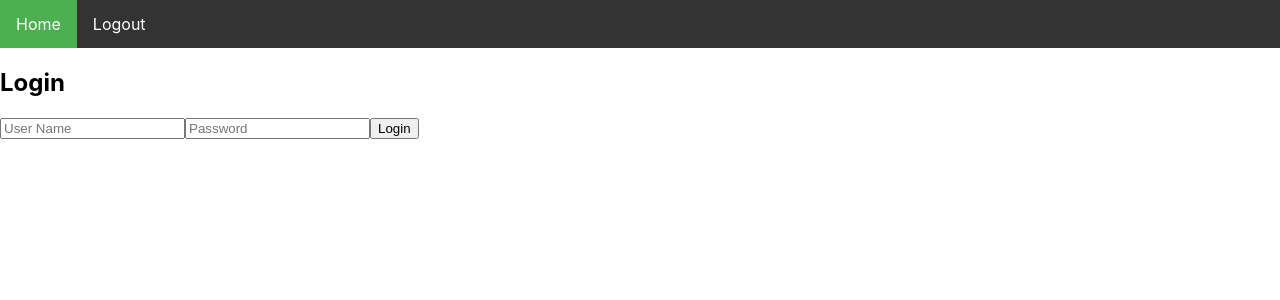
Repository: Vincent-CT/exambase-SPA
Page: /
The author's editor kept a copy of each file at every save. The page is drawn from the files as they stood at one save, then again after the next save.
The browser window is 1280 px wide. The pictures show the whole page.
The project was rebuilt for these pictures with package versions that can differ from the ones it lists, and the page was loaded fresh each time. Also part of the build but not shown: src/App.css.

Above is the page before, as saved 2019-11-14 12:00:23.

After the next save:
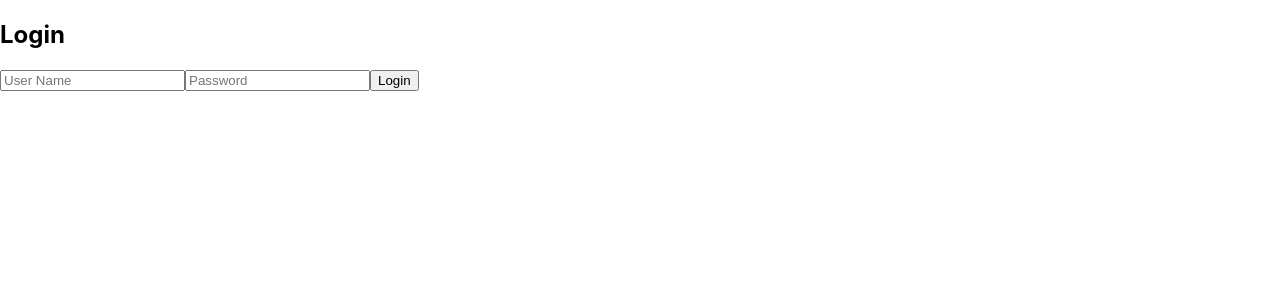
Saved 6 min 3 s later.
--- a/src/App.js
+++ b/src/App.js
@@ -38,9 +38,19 @@ function LogIn({ login }) {
     </div>
   );
 }
+function LoggedIn({ logout }) {
+  return (
+    <div>
+      <Router>
+        <Header />
+        <Content logout={logout} />
+      </Router>
+    </div>
+  );
+}
 
-const Header = ({ loggedIn }) => {
-  if (loggedIn === true) {
+const Header = () => {
+  if (facade.getRole === "admin") {
     return (
       <ul className="header">
         <li>
@@ -49,7 +59,7 @@ const Header = ({ loggedIn }) => {
           </NavLink>
         </li>
         <li>
-          <NavLink activeClassName="active" to="/people">
+          <NavLink activeClassName="active" to="/peope">
             People
           </NavLink>
         </li>
@@ -74,6 +84,16 @@ const Header = ({ loggedIn }) => {
         </NavLink>
       </li>
       <li>
+        <NavLink activeClassName="active" to="/people">
+          People
+        </NavLink>
+      </li>
+      <li>
+        <NavLink activeClassName="active" to="/company">
+          Company
+        </NavLink>
+      </li>
+      <li>
         <NavLink activeClassName="active" to="/logout">
           Logout
         </NavLink>
@@ -82,11 +102,11 @@ const Header = ({ loggedIn }) => {
   );
 };
 
-const Content = ({ logout, login, loggedIn }) => {
+const Content = ({ logout }) => {
   return (
     <Switch>
       <Route exact path="/">
-        <LogIn login={login} loggedIn={loggedIn} />
+        <Home />
       </Route>
       <Route path="/people">
         <People />
@@ -103,7 +123,13 @@ const Content = ({ logout, login, loggedIn }) => {
     </Switch>
   );
 };
-
+const People = () => {
+  return (
+    <div>
+      <h3>PEOPLE</h3>
+    </div>
+  );
+};
 const Company = () => {
   return (
     <div>
@@ -125,7 +151,7 @@ const Logout = ({ logout }) => {
   );
 };
 
-const People = () => {
+const Home = () => {
   const [dataFromServer, setDataFromServer] = useState("Fetching...");
   const [listPeople, setListPeople] = useState("");
 
@@ -157,10 +183,15 @@ function App() {
   };
 
   return (
-    <Router>
-      <Header loggedIn={loggedIn} />
-      <Content logout={logout} login={login} loggedIn={loggedIn} />
-    </Router>
+    <div>
+      {!loggedIn ? (
+        <LogIn login={login} />
+      ) : (
+        <div>
+          <LoggedIn logout={logout} />
+        </div>
+      )}
+    </div>
   );
 }
 export default App;
